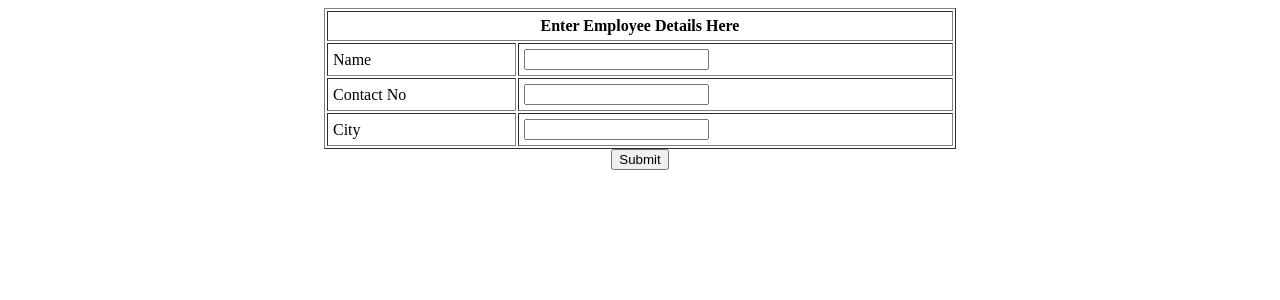
Repository: radhikasarda/RestEasyDemo
Page: http://localhost/RestDemo/
An editor plug-in stored every save of this project. The page is shown before and after the next save, followed by the edit.
The browser window is 1280 px wide. The pictures show the whole page.
The page is served by Tomcat 9. Nobody is signed in. The application's start-up code is not run. Other server files are loaded and not shown.

Above is the page before, as saved 2019-06-25 11:41:31.

### RestDemo/src/main/webapp/index.jsp
<%@ page language="java" contentType="text/html; charset=ISO-8859-1"
    pageEncoding="ISO-8859-1"%>
<!DOCTYPE html PUBLIC "-//W3C//DTD HTML 4.01 Transitional//EN" "http://www.w3.org/TR/html4/loose.dtd">
<html>
<head>
<meta http-equiv="Content-Type" content="text/html; charset=ISO-8859-1">
<title>CRUD OPERATIONS</title>
</head>
<body>


<form action="<%=request.getContextPath() %>/add" method="post" name="insertForm">
<center>
      <table border="1" width="50%" cellpadding="5">
      <thead>
                    <tr>
                        <th colspan="2">Enter Employee Details Here</th>
                    </tr>
        </thead>
        <tbody>
        <tr>
          <td>Name</td>
          <td><input type="text" name="name" required/></td>
        </tr>

        <tr>
          <td>Contact No</td>
          <td><input type="text" name="contact" maxlength="10" required/></td>
        </tr>

        <tr>
          <td>City</td>
          <td><input type="text" name="city" required/></td>
        </tr>
        </tbody>
      </table>
      <input type="submit" value="Submit" name="button" />
      </center>
      </form>
</body>
</html>

After the next save:
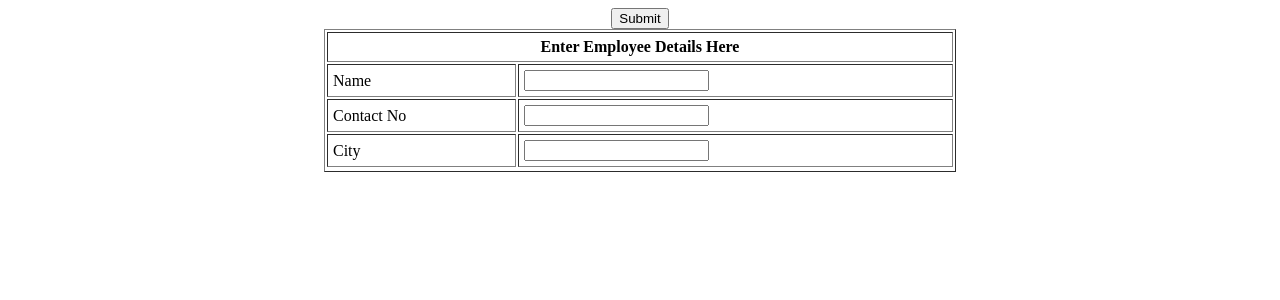
Saved 34 s later.
--- a/RestDemo/src/main/webapp/index.jsp
+++ b/RestDemo/src/main/webapp/index.jsp
@@ -32,9 +32,10 @@
           <td>City</td>
           <td><input type="text" name="city" required/></td>
         </tr>
+        <tr><input type="submit" value="Submit" name="button" /></tr>
         </tbody>
       </table>
-      <input type="submit" value="Submit" name="button" />
+
       </center>
       </form>
 </body>
